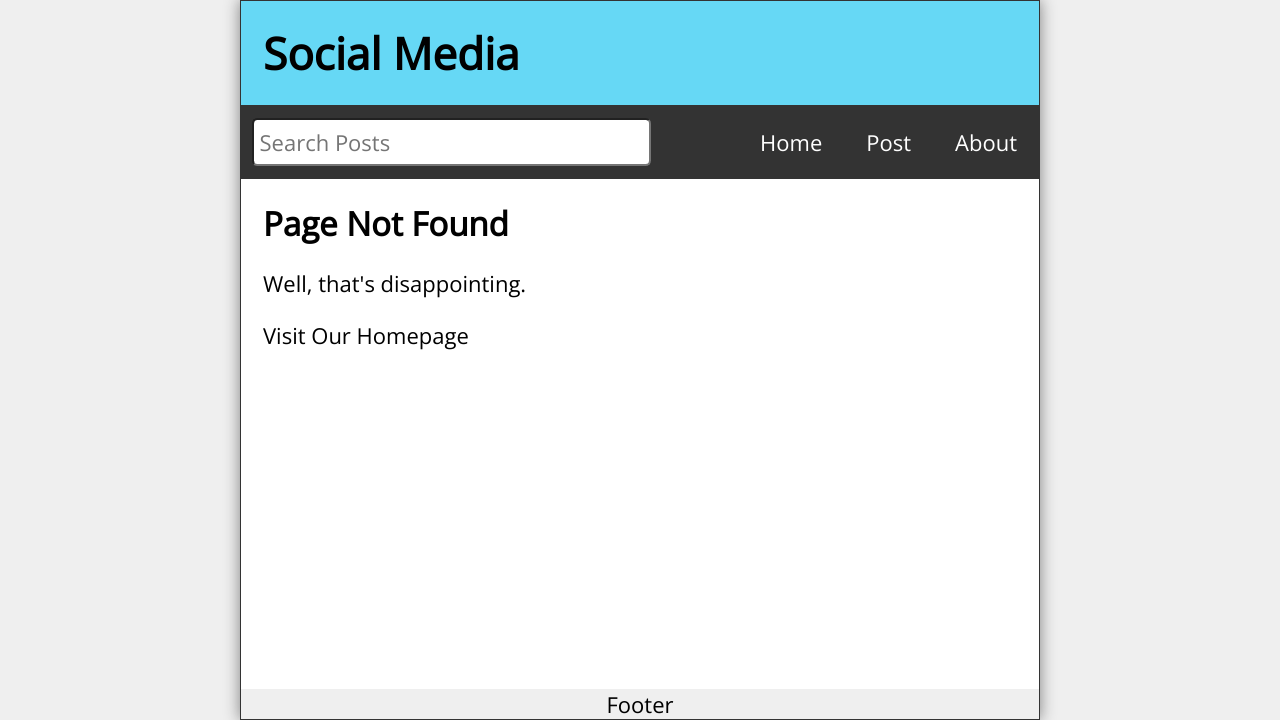
Repository: Kisho14/react_social_app_netlify
Page: /post
These files come from the project's save history. The page is drawn as it stood at one moment and after the next save; the edit follows.
The browser window is 1280 px wide. The pictures show the whole page.
An inner scrolling area shows only its first screen. The project was rebuilt for these pictures with package versions that can differ from the ones it lists, and the page was loaded fresh each time. Also part of the build but not shown: src/Post.js, src/Feed.js, src/Home.js, src/PostPage.js, src/About.js.

Above is the page before, as saved 2024-02-06 11:08:14.

After the next save:
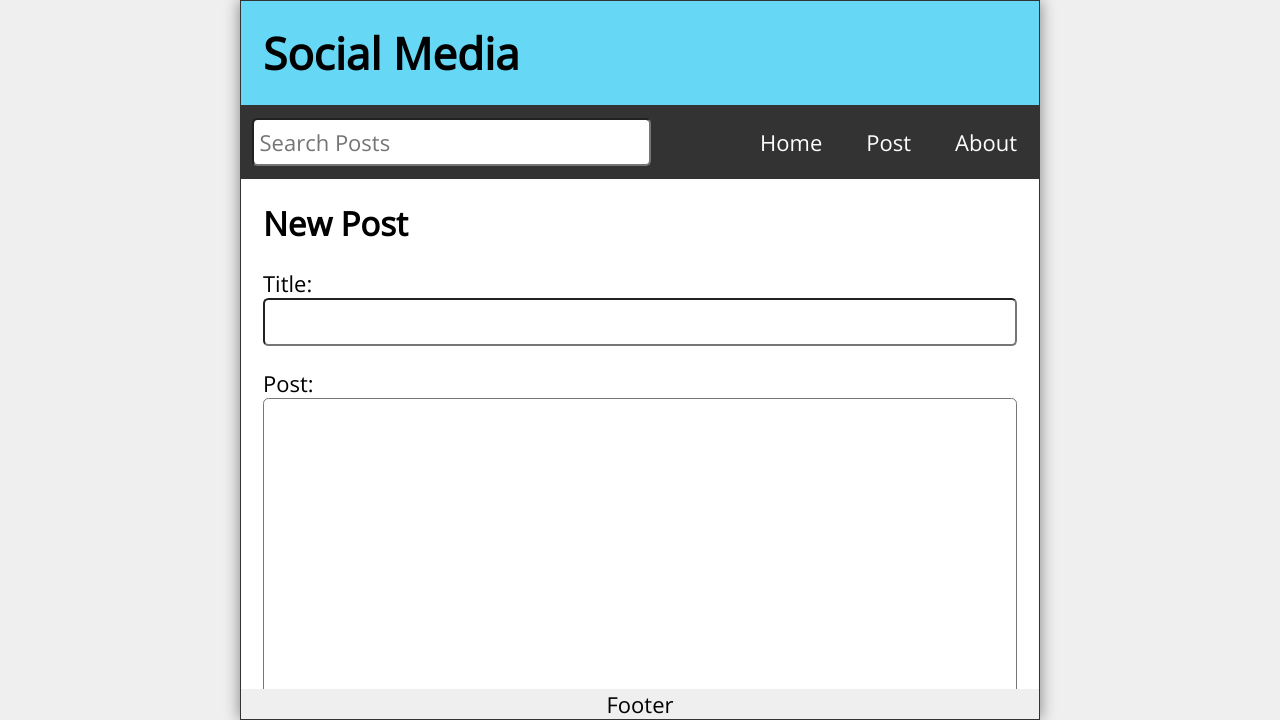
Saved 90 s later.
--- a/src/App.js
+++ b/src/App.js
@@ -68,7 +68,7 @@ function App() {
       <Nav search={search} setSearch={setSearch}/>
       <Routes>
         <Route path='/' element={<Home posts={searchResults}/>} />
-        <Route path='/newpost' element={<NewPost
+        <Route path='/post' element={<NewPost
           postTitle={postTitle}
           setPostTitle={setPostTitle}
           postBody={postBody}
